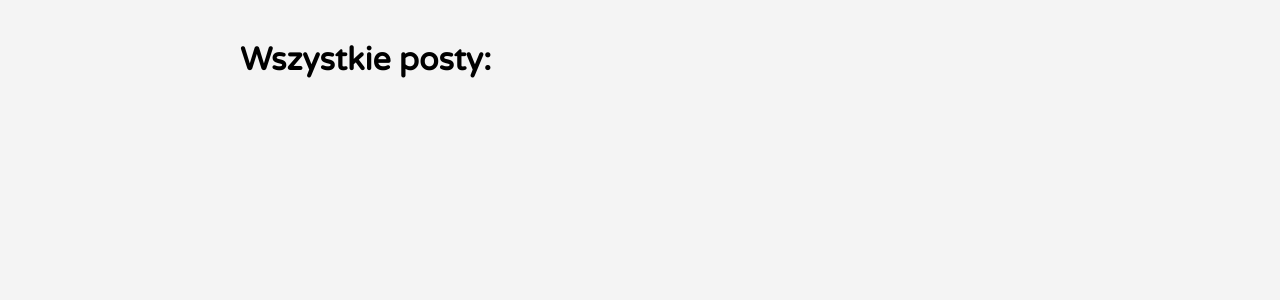
Repository: noisevisionproductions/PlayMeetWebsite
Page: src/main/resources/templates/posts.html
The author's editor kept a copy of each file at every save. The page is drawn from the files as they stood at one save, then again after the next save.
The browser window is 1280 px wide. The pictures show the whole page.
The page's requests for data from a server got no answer. Some web libraries are served in a nearby version.

Above is the page before, as saved 2024-03-25 02:18:29.

### src/main/resources/templates/posts.html
<!DOCTYPE html>
<html lang="en">

<head>
    <meta charset="UTF-8">
    <meta name="viewport" content="width=device-width, initial-scale=1.0">
    <title>Posty</title>
    <link rel="icon" type="image/x-icon" href="assets/favicon.ico" />
    <!-- Font Awesome icons (free version)-->
    <script src="https://use.fontawesome.com/releases/v6.3.0/js/all.js" crossorigin="anonymous"></script>
    <!-- Google fonts-->
    <link href="https://fonts.googleapis.com/css?family=Varela+Round" rel="stylesheet" />
    <link
        href="https://fonts.googleapis.com/css?family=Nunito:200,200i,300,300i,400,400i,600,600i,700,700i,800,800i,900,900i"
        rel="stylesheet" />
    <!-- Core theme CSS (includes Bootstrap)-->
    <link href="css/posts.css" rel="stylesheet" />

</head>


<body>
    <!-- Contener for posts displaying -->
    <div class="container">
        <h1 class="posts-header"> Wszystkie posty:</h1>
        <div id="posts-container">
            <h2 class="post-avatar">
            </h2>
        </div>
        <div class="post-content">

        </div>
        <div class="post-footer">
        </div>
    </div>
    <script src="js/posts.js"></script>
</body>

</html>

### src/main/resources/static/css/posts.css
body {
    font-family: "Nunito", sans-serif;
    margin: 0;
    padding: 0;
    background-color: #f4f4f4;
}

.container {
    max-width: 800px;
    margin: auto;
    padding: 20px;
}

.post {
    background: #fff;
    background-color: #fff;
    padding: 20px;
    margin-bottom: 20px;
    border: 1px solid #ddd;
    border-radius: 5px;
    margin: 10px;
    box-shadow: 0 2px 4px rgba(0, 0, 0, 0.1);
}

.post-header,
.post-footer {
    display: flex;
    justify-content: space-between;
    align-items: center;
}

.post-sport,
.post-date,
.post-chat {
    margin-right: 5px;
    color: blue;
}

.post-title {
    margin: 0;
}

.post h2 {
    margin-top: 0;
}

h1,
h2,
h3,
h4,
h5,
h6 {
    font-family: "Varela Round", sans-serif;
}

.posts-container{
    display: grid;
    place-items: center;
    height: 100px;
}

.post-avatar {
    width: 100px;
    height: 100px;
    border-radius: 50%;
    object-fit: cover;
}

### src/main/resources/static/js/posts.js
/*!
* Script for displaying posts that users created. Posts will be downloaded from database.
*/
document.addEventListener('DOMContentLoaded', function () {
    fetch('/api/posts', {
        headers: {
            'Accept': 'application/json'
        }
    })
        .then(response => response.json())
        .then(posts => {
            const postsContainer = document.getElementById('posts-container');
            posts.forEach(element => {
                const postElement = document.createElement('div');
                postElement.className = 'post';

                // Creating header
                const postHeader = document.createElement('div');
                postHeader.className = 'post-header';

                // Creating user avatar
                const userAvatar = document.createElement('img');
                userAvatar.src = 'assets/post/sample_avatar.png';
                userAvatar.alt = 'Avatar użytkownika';
                userAvatar.className = 'post-avatar';

                const postTitle = document.createElement('h2');
                postTitle.className = 'postTitle';
                postTitle.textContent = element.sportType;

                // Adding elements to the header
                postHeader.appendChild(userAvatar);
                postHeader.appendChild(postTitle);

                // Adding everything to the post
                postElement.appendChild(postHeader);


                postsContainer.appendChild(postElement);
            });
        })
        .catch(error => console.error('Error', error));
})

After the next save:
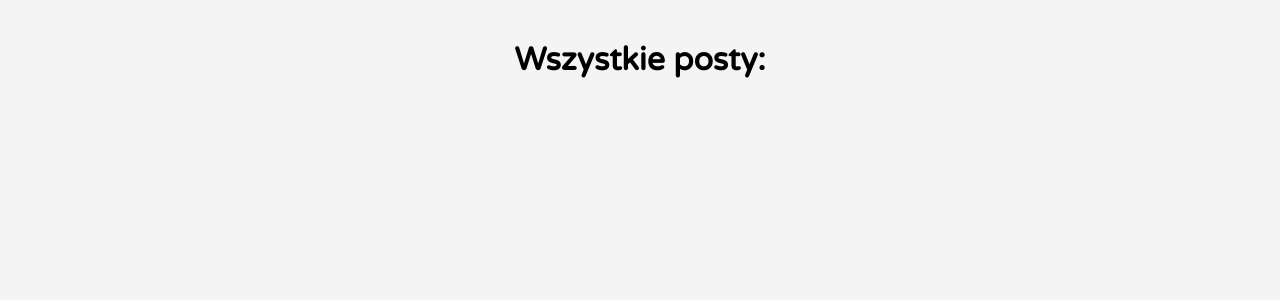
Saved 33 s later.
--- a/src/main/resources/static/css/posts.css
+++ b/src/main/resources/static/css/posts.css
@@ -53,7 +53,7 @@ h6 {
     font-family: "Varela Round", sans-serif;
 }
 
-.posts-container{
+.container {
     display: grid;
     place-items: center;
     height: 100px;
